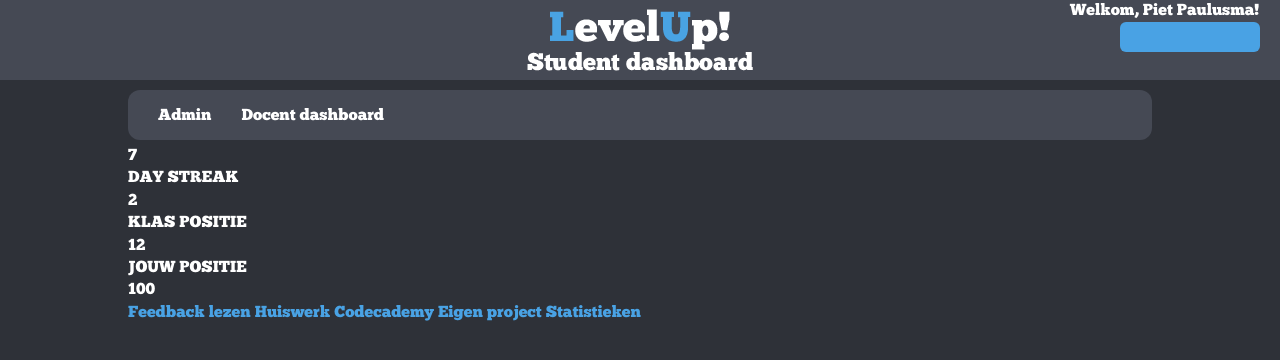
Repository: boblanckenburg/levelup
Page: website/src/index.html
The author's editor kept a copy of each file at every save. The page is drawn from the files as they stood at one save, then again after the next save.
The browser window is 1280 px wide. The pictures show the whole page.

Above is the page before, as saved 2014-10-07 14:43:04.

After the next save:
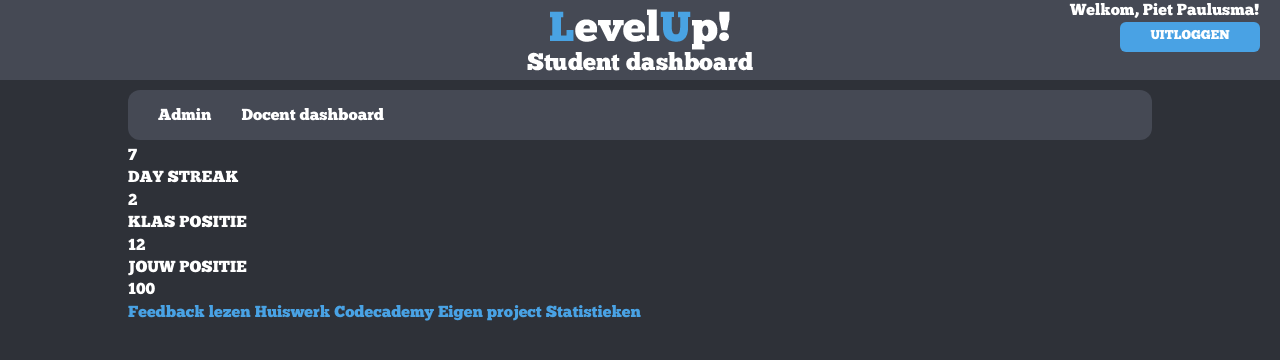
Saved 73 s later.
--- a/website/src/index.html
+++ b/website/src/index.html
@@ -22,7 +22,7 @@
 			<section class="header">
 				<div id="welcome">
 					<span>Welkom, Piet Paulusma!</span>
-					<a id="logbutton"></a>
+					<a href="">UITLOGGEN</a>
 				</div>
 			</section>
 			<section class="menu">
